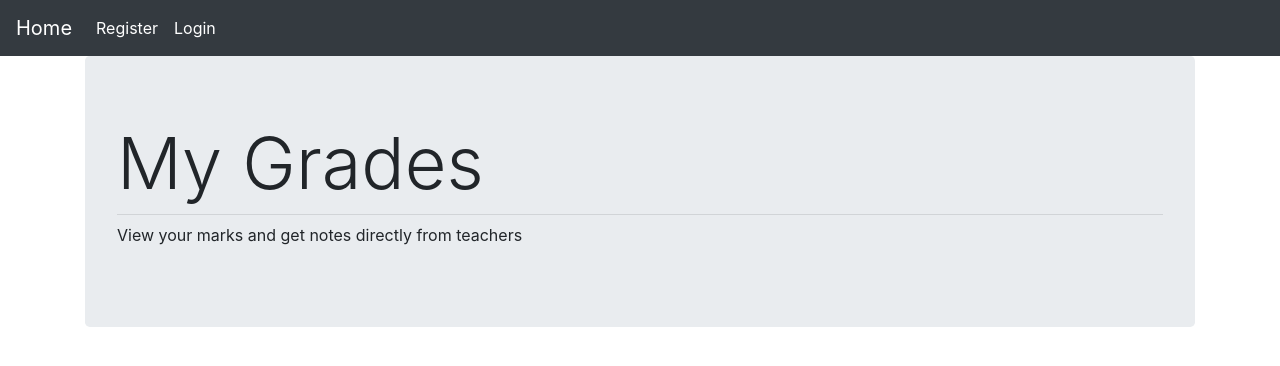
Repository: prabhat8701/nextgrowth_lab_task-main
Page: http://localhost/
These files come from the project's save history. The page is drawn as it stood at one moment and after the next save; the edit follows.
The browser window is 1280 px wide. The pictures show the whole page.
The page is served by the project's application, run on Django 4.2 (manage.py). Other server files are loaded and not shown.

Above is the page before, as saved 2023-07-30 20:27:10.

### nextgrowAi/SET_2/next_project/templates/gradesApp/index.html
{% extends 'gradesApp/base.html' %}
{% block body_block %}

<div class="jumbotron">
    <h1 class="display-3">My Grades</h1>
    <hr class="my-2">
    <p>View your marks and get notes directly from teachers</p>
</div>

{% endblock %}

### nextgrowAi/SET_2/next_project/templates/gradesApp/base.html
<!DOCTYPE html>
<html lang="en">
<head>
    <meta charset="UTF-8">
    <meta name="viewport" content="width=device-width, initial-scale=1.0">
    <meta http-equiv="X-UA-Compatible" content="ie=edge">
    <title>myGrades</title>
    <link rel="stylesheet" href="https://stackpath.bootstrapcdn.com/bootstrap/4.3.1/css/bootstrap.min.css" integrity="sha384-ggOyR0iXCbMQv3Xipma34MD+dH/1fQ784/j6cY/iJTQUOhcWr7x9JvoRxT2MZw1T" crossorigin="anonymous">
</head>
<body>
    <nav class="navbar navbar-expand-sm navbar-dark bg-dark">
        <a class="navbar-brand" href="{% url 'index' %}">Home</a>
        <button class="navbar-toggler d-lg-none" type="button" data-toggle="collapse" data-target="#collapsibleNavId" aria-controls="collapsibleNavId"
            aria-expanded="false" aria-label="Toggle navigation"></button>
        <div class="collapse navbar-collapse" id="collapsibleNavId">
            <ul class="navbar-nav mr-auto mt-2 mt-lg-0">
                <li class="nav-item active">
                    <!-- <a class="nav-link" href="{% url "admin:index" %}">Admin</a> -->
                </li>
                <li class="nav-item active">
                    <a class="nav-link" href="{% url 'register' %}" role="button">Register</a>

                </li>
                {% if user.is_authenticated %}
                    <li class="nav-item active">
                        <a class="nav-link" href="{% url 'dashboard' %}">Dashboard</a>

                    </li>
                    <li class="nav-item active">
                        <a class="nav-link" href="{% url 'logout' %}">Logout</a>
                    </li>
                {% else %}
                    <li class="nav-item active">

                        <a class="nav-link" href="{% url 'userLogin' %}">Login</a>

                    </li>
                {% endif %}

            </ul>

        </div>
    </nav>
    <div class="container">
        {% block body_block %}
        {% endblock %}
    </div>
</body>
</html>

### nextgrowAi/SET_2/next_project/next_app/views.py
from django.shortcuts import render

# Create your views here.
from django.shortcuts import render

# Create your views here.
from django.shortcuts import render,redirect
from next_app.forms import Admin_User_Form,Common_User_Form,Admin_User_AddForm,Common_User_AddForm
from django.http import HttpResponse,HttpResponseRedirect
from django.contrib.auth.decorators import login_required
from django.urls import reverse
from django.contrib.auth import authenticate,login,logout
from next_app.models import Admin_User,Common_User
from django.contrib.auth.models import User

# Create your views here.

def index(request):
    return render(request,'gradesApp/index.html')


@login_required
def userLogout(request):
    logout(request)
    return HttpResponseRedirect(reverse('index'))


def register(request):
    return render(request,'gradesApp/register.html')

def registeradmin(request):
    registered=False
    if request.method=='POST':
        var_adminForm=Admin_User_Form(request.POST)
        var_adminAddForm=Admin_User_AddForm(request.POST)
        if var_adminForm.is_valid()and var_adminAddForm.is_valid():
            adminprimary=var_adminForm.save()
            adminprimary.set_password(adminprimary.password)
            adminprimary.save()
            adminAdd=var_adminAddForm.save(commit=False)
            adminAdd.admin_user=adminprimary
            adminAdd.save()
            registered=True
    else:
        var_adminForm=Admin_User_Form()
        var_adminAddForm=Admin_User_AddForm()
    data={
        'var_adminForm':var_adminForm,
        'var_adminAddForm':var_adminAddForm,
        'registered':registered
        }
    return render(request,'gradesApp/registeradmin.html',data)


def registeruser(request):
    registered=False
    if request.method=='POST':
        var_userForm=Common_User_Form(request.POST)
        var_userAddForm=Common_User_AddForm(request.POST)
        if var_userForm.is_valid()and var_userAddForm.is_valid():
            userprimary=var_userForm.save()
            userprimary.set_password(userprimary.password)
            userprimary.save()
            userAdd=var_userAddForm.save(commit=False)
            userAdd.common_user=userprimary
            userAdd.save()
            registered=True
    else:
        var_userForm=Common_User_Form()
        var_userAddForm=Common_User_AddForm()
    data={
        'var_userForm':var_userForm,
        'var_userAddForm':var_userAddForm,
        'registered':registered}
    return render(request,'gradesApp/registeruser.html',data)

def userLogin(request):
    invalidlogin=False
    if request.method=='POST':
        username=request.POST.get('username')
        password=request.POST.get('password')
        user=authenticate(username=username,password=password)
        if user:
            if user.is_active:
                login(request,user)
                return HttpResponseRedirect(reverse('index'))
            else:
                return HttpResponse('Account not active')
        else:
            invalidlogin=True
            return redirect('/gradesApp/login/')
    else:
        return render(request,'gradesApp/login.html',{'invalidlogin':invalidlogin})


# from django.shortcuts import render, redirect
# from .models import Admin_User, Common_User
# from django.contrib.auth.decorators import login_required

@login_required
def dashboard(request):
    print("request",request.user)
    try:
        current=Admin_User.objects.get(admin_user=request.user)
        print("current",current)
        is_admin_user = True
    except Admin_User.DoesNotExist:
        current=Common_User.objects.get(common_user=request.user)
        print("current",current)
        is_admin_user = False

    if is_admin_user:
        return redirect('/studentDash/')
    else:
        return redirect('/teacherDash/')
    return render(request,'gradesApp/dashboard.html')




from django.shortcuts import render, redirect
from .models import Admin_User, Common_User
from django.contrib.auth.decorators import login_required


# @login_required
# def dashboard(request):
#     print("request", request.user)
#     try:
#         # Try to fetch the Admin_User object for the current user
#         current = Admin_User.objects.get(admin_user=request.user)
#         is_admin_user = True
#     except Admin_User.DoesNotExist:
#         # If Admin_User object is not found, try fetching Common_User object
#         try:
#             current = Common_User.objects.get(common_user=request.user)
#             is_admin_user = False
#         except Common_User.DoesNotExist:
#             # If neither Admin_User nor Common_User object is found, handle the situation here
#             # For example, you might want to redirect to a page showing an error message
#             return render(request, 'gradesApp/error.html')

    # if is_admin_user:
    #     return redirect('/studentDash/')
    # else:
    #     return redirect('/teacherDash/')




def studentDash(request):
    return render(request,'gradesApp/studentDash.html')

def teacherDash(request):
    return render(request,'gradesApp/teacherDash.html')

### nextgrowAi/SET_2/next_project/next_project/urls.py
"""next_project URL Configuration

The `urlpatterns` list routes URLs to views. For more information please see:
    https://docs.djangoproject.com/en/4.1/topics/http/urls/
Examples:
Function views
    1. Add an import:  from my_app import views
    2. Add a URL to urlpatterns:  path('', views.home, name='home')
Class-based views
    1. Add an import:  from other_app.views import Home
    2. Add a URL to urlpatterns:  path('', Home.as_view(), name='home')
Including another URLconf
    1. Import the include() function: from django.urls import include, path
    2. Add a URL to urlpatterns:  path('blog/', include('blog.urls'))
"""
from django.contrib import admin
from django.urls import path,include
from next_app import views
urlpatterns = [
    path('next_app/',include('next_app.urls')),
    path('',views.index,name='index'),
    path('admin/', admin.site.urls),
    path('logout/',views.userLogout,name='logout'),
    path('studentDash/',views.studentDash,name='studentDash'),
    path('teacherDash/',views.teacherDash,name='teacherDash'),

]

### nextgrowAi/SET_2/next_project/next_app/urls.py
from django.urls import path
from next_app import views

# app_name='gradesApp'

urlpatterns = [
    path('',views.index,name='index'),
    path('register/',views.register,name='register'),

    path('registeradmin/',views.registeradmin,name='registeradmin'),
    path('registeruser/',views.registeruser,name='registeruser'),

    path('login/',views.userLogin,name='userLogin'),
    path('dashboard',views.dashboard,name='dashboard'),

]

After the next save:
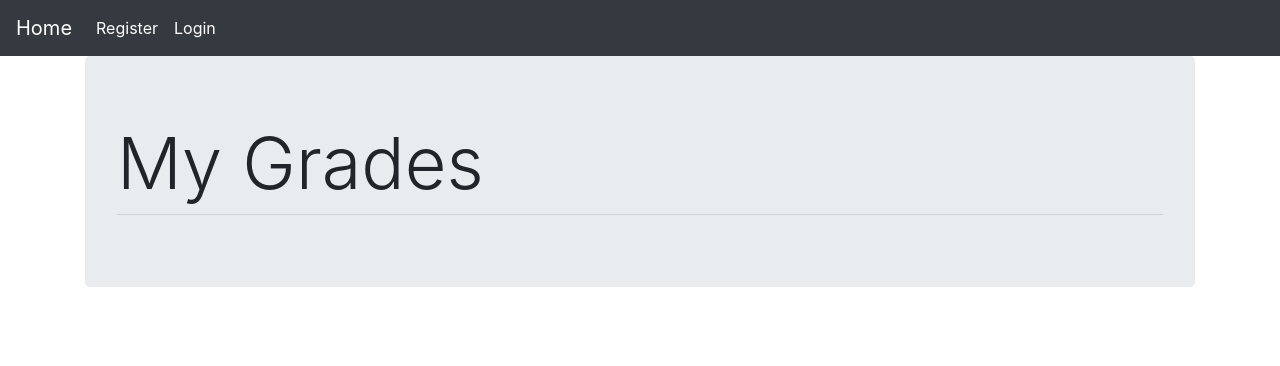
Saved 30 s later.
--- a/nextgrowAi/SET_2/next_project/templates/gradesApp/index.html
+++ b/nextgrowAi/SET_2/next_project/templates/gradesApp/index.html
@@ -4,7 +4,7 @@
 <div class="jumbotron">
     <h1 class="display-3">My Grades</h1>
     <hr class="my-2">
-    <p>View your marks and get notes directly from teachers</p>
+    <!-- <p>View your marks and get notes directly from teachers</p> -->
 </div>
 
 {% endblock %}
